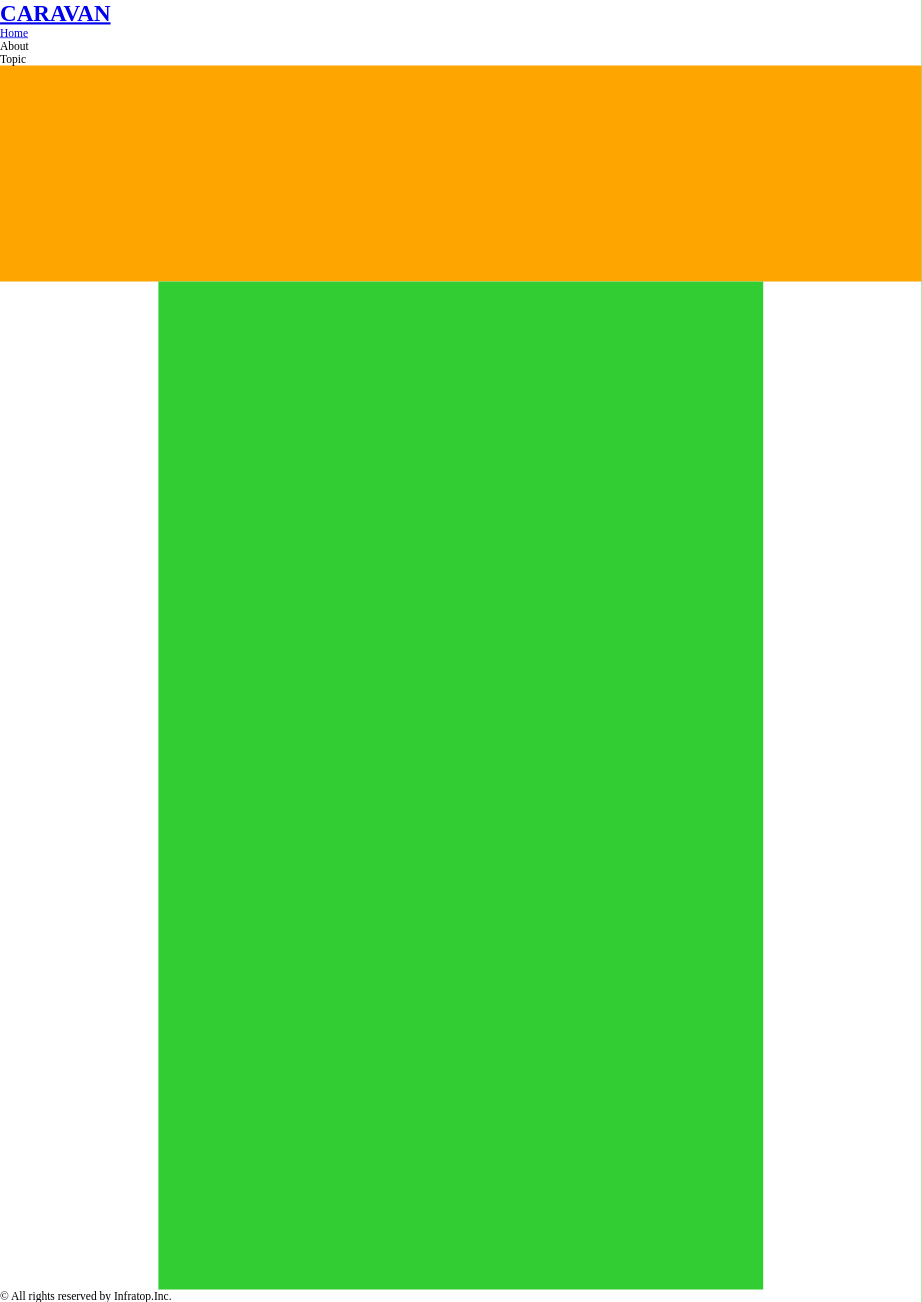
Repository: Raychel-310/chapter10
Page: caravan/index.html
The author's editor kept a record of every edit. The page is drawn from the files as they stood at one moment, then again after the next edit.
The browser window is 1280 px wide. The pictures show the whole page, at 72% of full size.

Above is the page before.

After the next edit:
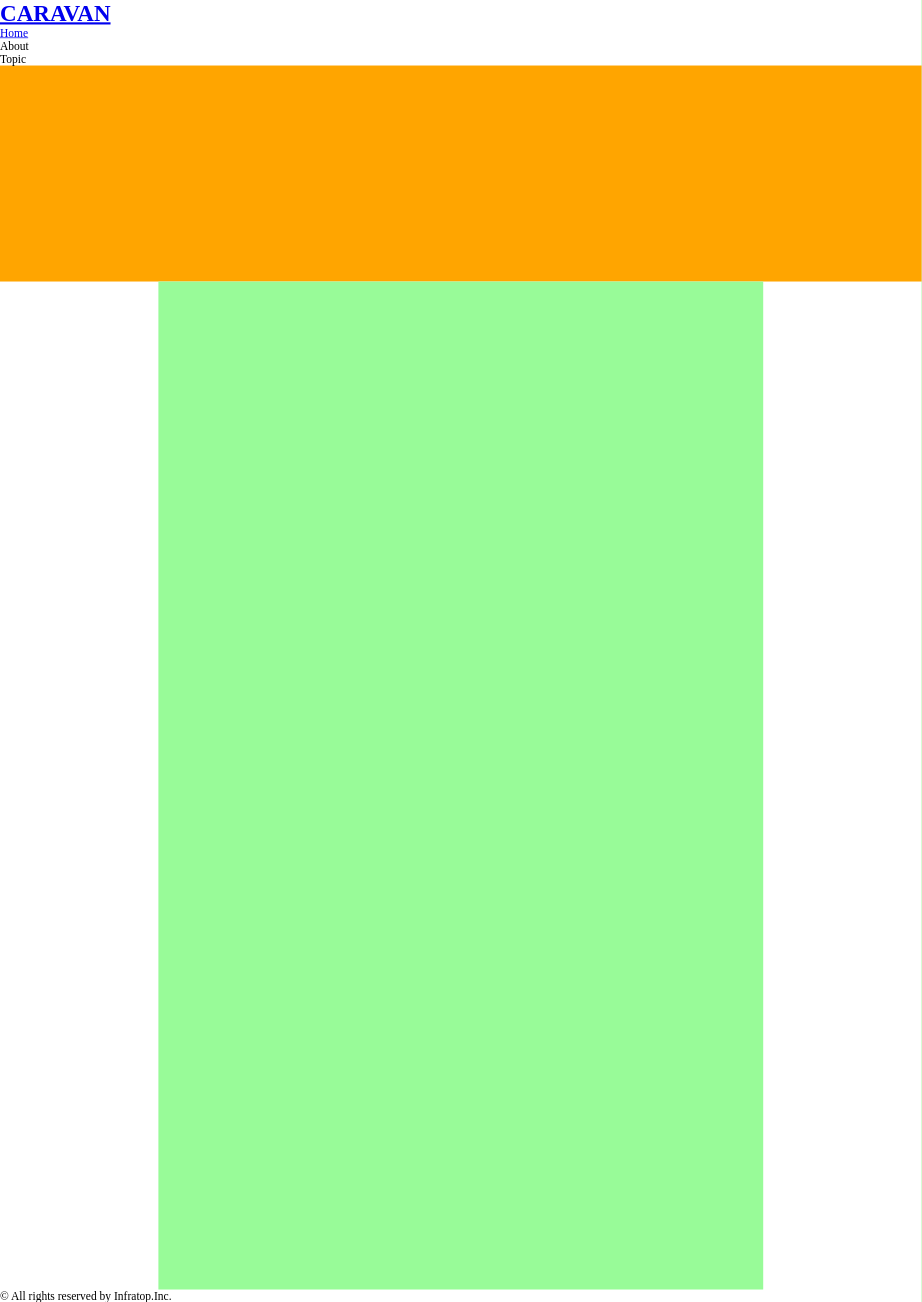
The edit:
--- a/caravan/style.css
+++ b/caravan/style.css
@@ -46,7 +46,7 @@
 .blog {
   width: 960px; /* 横幅600px */
   height: 1400px; /* 高さ600px */
-  background-color: limegreen; /* 背景色limegreen */
+  background-color: palegreen; /* 背景色limegreen */
   display: flex; /* Flexboxの利用 */
   justify-content: center; /* 子要素の横並び・中央寄せ */
 }
